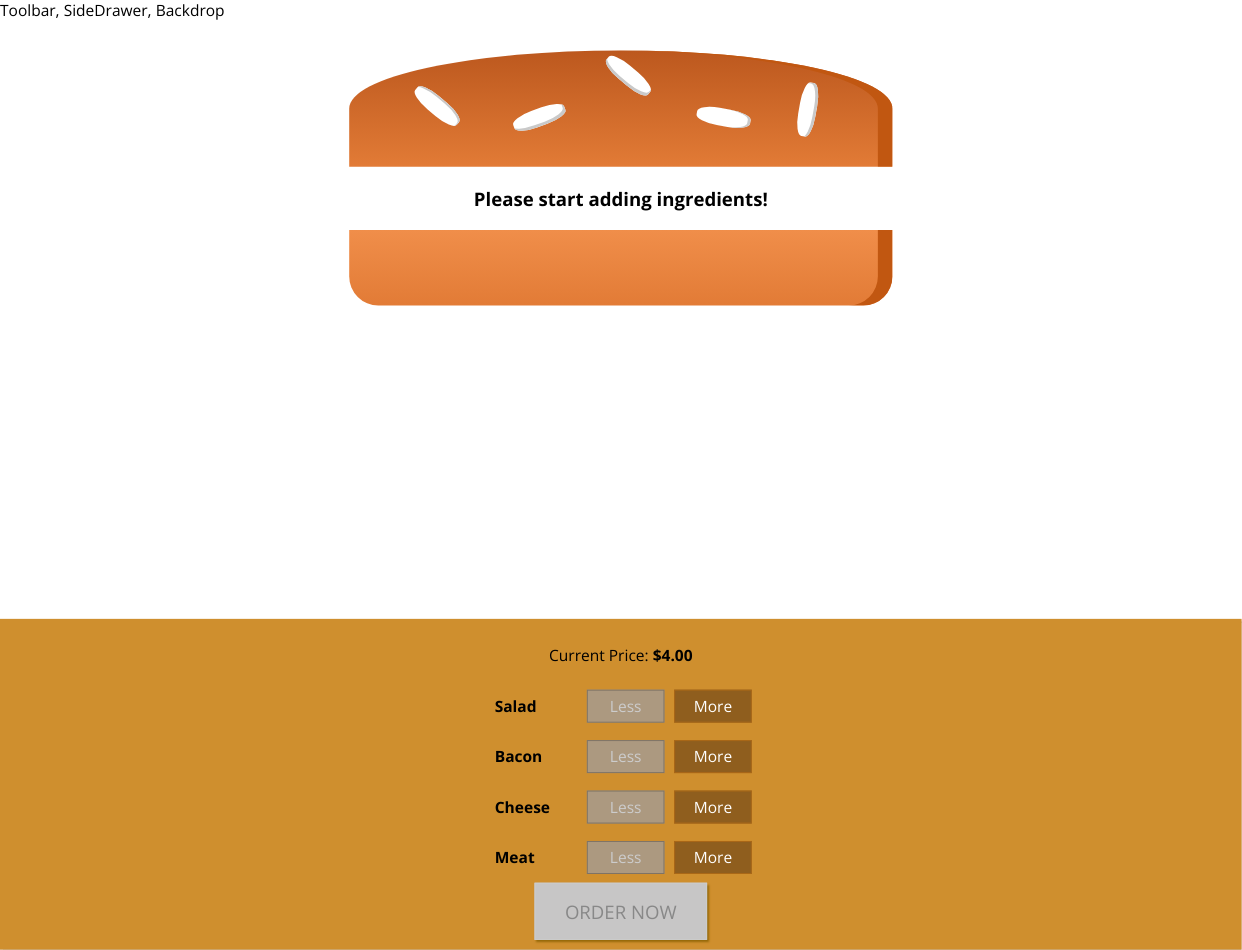
Repository: AbdulMutaal/Burger-Builder
Page: /
An editor plug-in stored every save of this project. The page is shown before and after the next save, followed by the edit.
The browser window is 1280 px wide. The pictures show the whole page, at 97% of full size.
The project was rebuilt for these pictures with package versions that can differ from the ones it lists, and the page was loaded fresh each time. Also part of the build but not shown: src/components/Burger/OrderSummary/OrderSummary.js.

Above is the page before, as saved 2021-12-08 09:09:27.

After the next save:
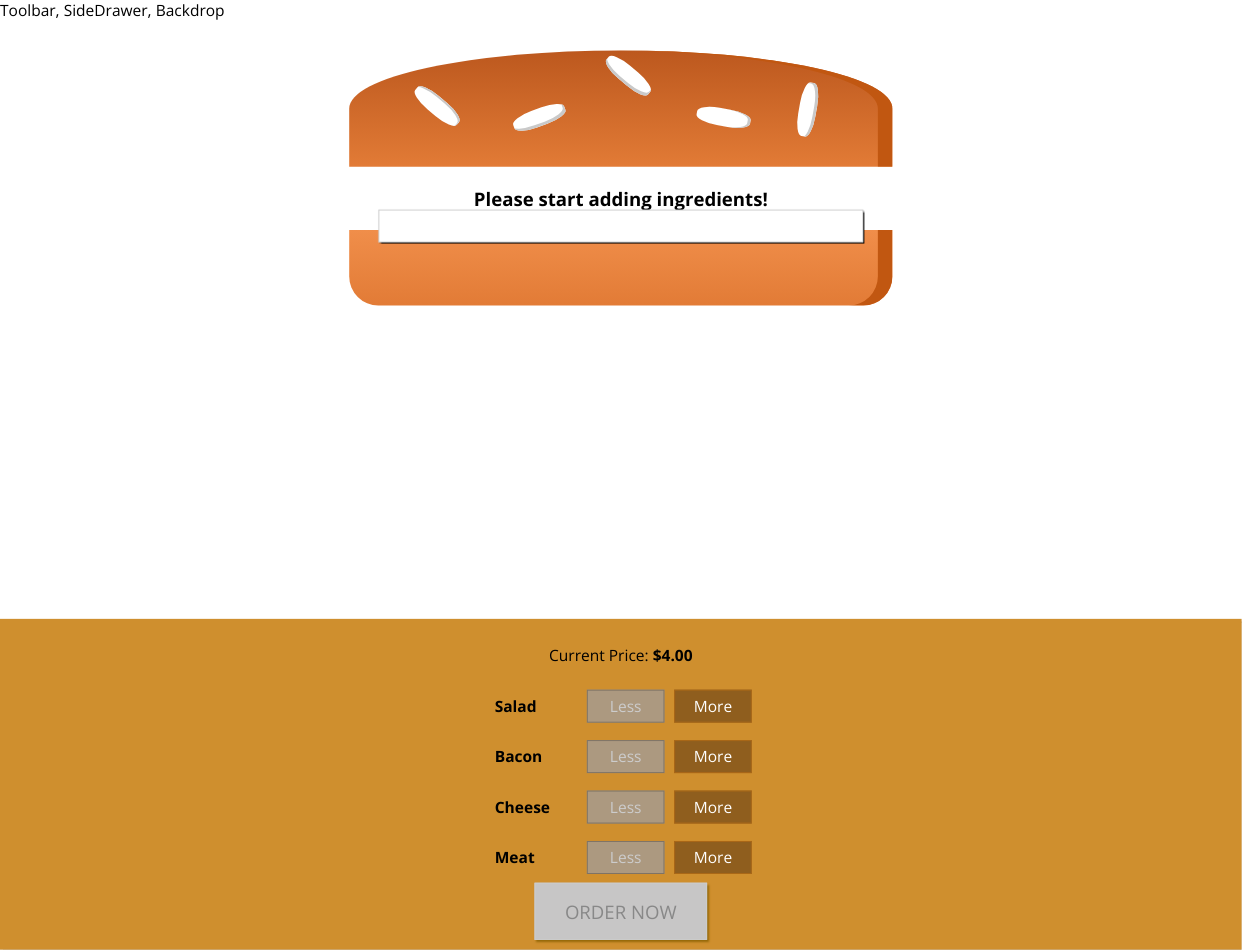
Saved 22 s later.
--- a/src/containers/BurgerBuilder/BurgerBuilder.js
+++ b/src/containers/BurgerBuilder/BurgerBuilder.js
@@ -81,6 +81,7 @@ class BurgerBuilder extends Component {
 
         return (
             <Auxiliary>
+                <Modal />
                 <Burger ingredients={this.state.ingredients} />
                 <BuildControls
                     ingredientAdded={this.addIngredientHandler}
